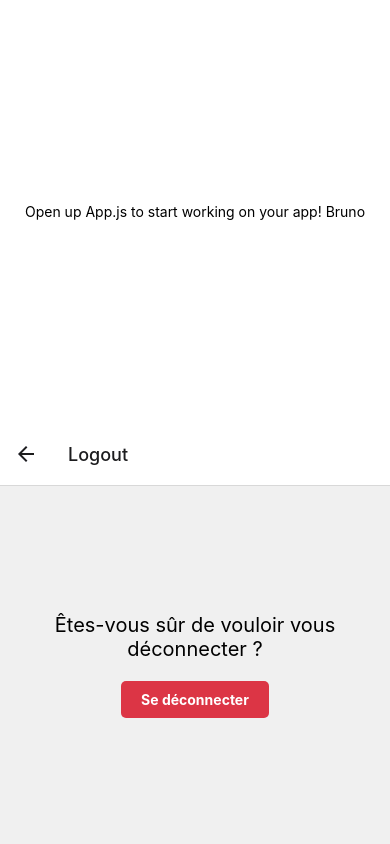
Repository: boschierob/interApp-frontend
Page: /Logout
An editor plug-in stored every save of this project. The page is shown before and after the next save, followed by the edit.
The browser window is 390 px wide. The pictures show the whole page.
The app was drawn by React Native's web renderer in a window 390 px wide. The project was rebuilt for these pictures with package versions that can differ from the ones it lists, and the page was loaded fresh each time. Also part of the build but not shown: Pages/InterventionDeclarationScreen.js.

Above is the page before, as saved 2024-02-10 15:52:45.

### App.js
import React from 'react';
import { NavigationContainer } from '@react-navigation/native';
import { createStackNavigator } from '@react-navigation/stack';
import { StatusBar } from 'expo-status-bar';
import { StyleSheet, Text, View } from 'react-native';

// Import des écrans que nous avons créés
import LoginScreen from './Pages/LoginScreen';
import LogoutScreen from './Pages/LogoutScreen';
import InterventionDeclarationScreen from './Pages/InterventionDeclarationScreen';

const Stack = createStackNavigator();

export default function App() {
  return (
    <>
      <View style={styles.container}>
        <Text>Open up App.js to start working on your app! Bruno</Text>
        <StatusBar style="auto" />
      </View>
      <NavigationContainer>
        <Stack.Navigator initialRouteName="Login">
          <Stack.Screen name="Login" component={LoginScreen} />
          <Stack.Screen name="Logout" component={LogoutScreen} />
          <Stack.Screen name="InterventionDeclaration" component={InterventionDeclarationScreen} />
        </Stack.Navigator>
      </NavigationContainer>
    </>
  );
}

const styles = StyleSheet.create({
  container: {
    flex: 1,
    backgroundColor: '#fff',
    alignItems: 'center',
    justifyContent: 'center',
  },
});

### Pages/LoginScreen.js
// Import des composants React Native nécessaires
import React, { useState } from 'react';
import { View, Text, TextInput, TouchableOpacity, StyleSheet } from 'react-native';

// Définition du composant LoginScreen
const LoginScreen = () => {
  // États pour stocker les valeurs des champs de saisie
  const [email, setEmail] = useState('');
  const [password, setPassword] = useState('');

  // Fonction pour gérer la soumission du formulaire de connexion
  const handleLogin = () => {
    // Implémentez ici la logique de connexion
    console.log('Connexion avec :', email, password);
  };

  return (
    <View style={styles.container}>
      <Text style={styles.title}>Connectez-vous</Text>

      {/* Champ de saisie pour l'adresse e-mail */}
      <TextInput
        style={styles.input}
        placeholder="Adresse e-mail"
        value={email}
        onChangeText={text => setEmail(text)}
      />

      {/* Champ de saisie pour le mot de passe */}
      <TextInput
        style={styles.input}
        placeholder="Mot de passe"
        secureTextEntry={true}
        value={password}
        onChangeText={text => setPassword(text)}
      />

      {/* Bouton de connexion */}
      <TouchableOpacity style={styles.button} onPress={handleLogin}>
        <Text style={styles.buttonText}>Connexion</Text>
      </TouchableOpacity>

      {/* Lien pour réinitialiser le mot de passe */}
      <TouchableOpacity>
        <Text style={styles.forgotPassword}>Mot de passe oublié ?</Text>
      </TouchableOpacity>
    </View>
  );
};

// Styles CSS pour l'écran de connexion
const styles = StyleSheet.create({
  container: {
    flex: 1,
    justifyContent: 'center',
    alignItems: 'center',
    backgroundColor: '#f0f0f0',
    padding: 20,
  },
  title: {
    fontSize: 24,
    fontWeight: 'bold',
    marginBottom: 20,
  },
  input: {
    width: '100%',
    height: 40,
    borderWidth: 1,
    borderColor: '#ccc',
    borderRadius: 5,
    paddingHorizontal: 10,
    marginBottom: 10,
  },
  button: {
    backgroundColor: '#add8e6',
    paddingVertical: 10,
    paddingHorizontal: 20,
    borderRadius: 5,
    marginTop: 10,
  },
  buttonText: {
    color: '#fff',
    fontWeight: 'bold',
    textAlign: 'center',
  },
  forgotPassword: {
    marginTop: 10,
    color: '#007bff', // Couleur de lien bleu
    textAlign: 'center',
  },
});

export default LoginScreen;

### Pages/LogoutScreen.js
import React from 'react';
import { View, Text, TouchableOpacity, StyleSheet } from 'react-native';

const LogoutScreen = ({ navigation }) => {
  // Fonction pour gérer la déconnexion
  const handleLogout = () => {
    // Implémentez ici la logique de déconnexion
    // Par exemple, réinitialisez l'état de l'utilisateur connecté ou supprimez le token d'authentification
    console.log('Utilisateur déconnecté');
    // Redirigez l'utilisateur vers l'écran de connexion ou une autre destination appropriée
    navigation.navigate('Login');
  };

  return (
    <View style={styles.container}>
      <Text style={styles.title}>Êtes-vous sûr de vouloir vous déconnecter ?</Text>
      <TouchableOpacity style={styles.button} onPress={handleLogout}>
        <Text style={styles.buttonText}>Se déconnecter</Text>
      </TouchableOpacity>
    </View>
  );
};

const styles = StyleSheet.create({
  container: {
    flex: 1,
    justifyContent: 'center',
    alignItems: 'center',
    backgroundColor: '#f0f0f0',
    padding: 20,
  },
  title: {
    fontSize: 20,
    marginBottom: 20,
    textAlign: 'center',
  },
  button: {
    backgroundColor: '#dc3545', // Couleur rouge pour le bouton de déconnexion
    paddingVertical: 10,
    paddingHorizontal: 20,
    borderRadius: 5,
  },
  buttonText: {
    color: '#fff',
    fontWeight: 'bold',
  },
});

export default LogoutScreen;

After the next save:
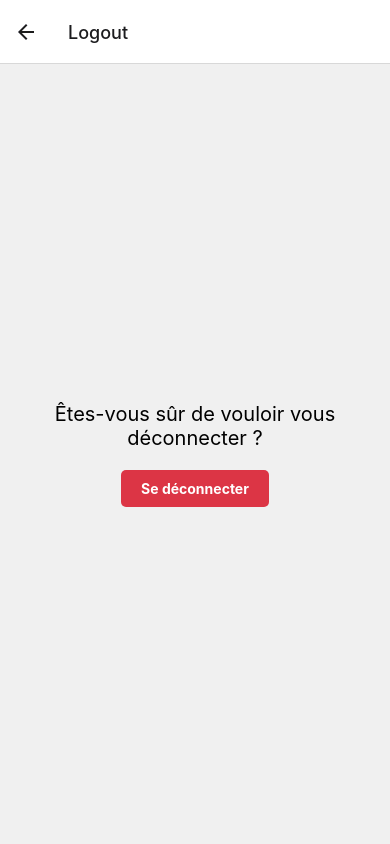
Saved 26 s later.
--- a/App.js
+++ b/App.js
@@ -14,10 +14,6 @@ const Stack = createStackNavigator();
 export default function App() {
   return (
     <>
-      <View style={styles.container}>
-        <Text>Open up App.js to start working on your app! Bruno</Text>
-        <StatusBar style="auto" />
-      </View>
       <NavigationContainer>
         <Stack.Navigator initialRouteName="Login">
           <Stack.Screen name="Login" component={LoginScreen} />
